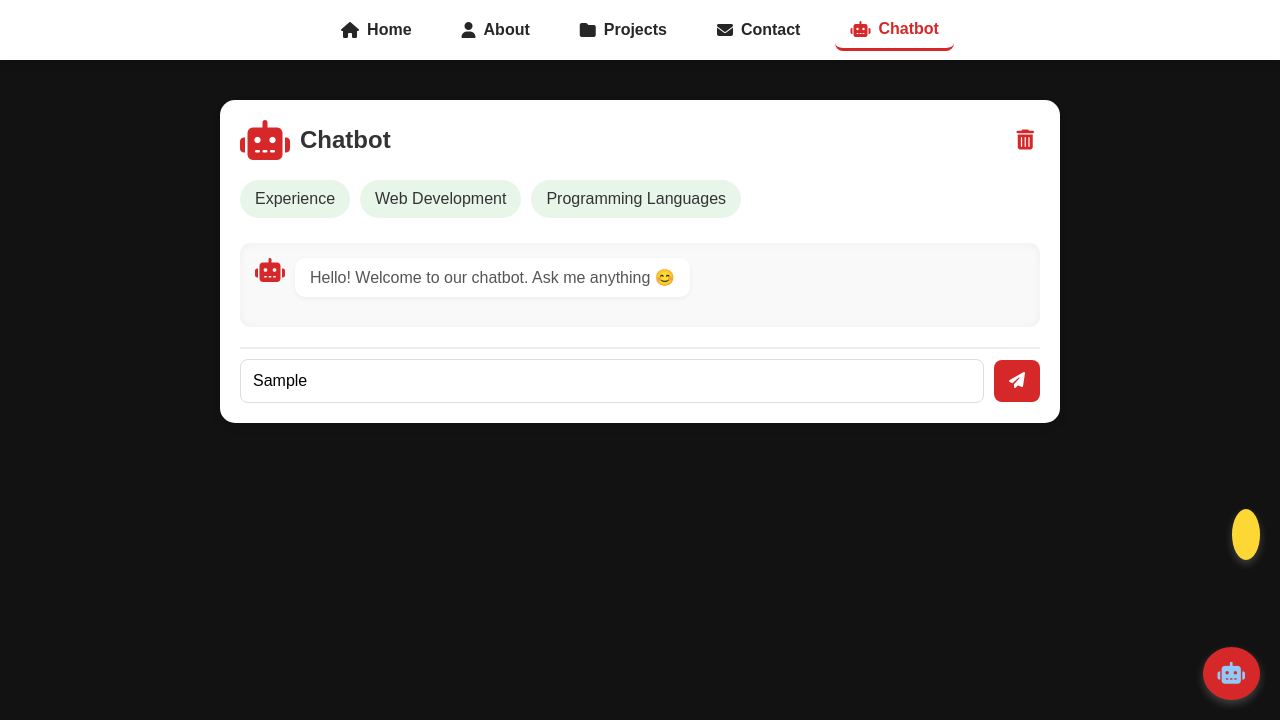
Repository: asandan8106/Asanda-sPortfolio
Page: Portfolio/chatbot.html
These files come from the project's save history. The page is drawn as it stood at one moment and after the next save; the edit follows.
The browser window is 1280 px wide. The pictures show the whole page.
Empty fields were first filled with sample values (such as "Sample", 5 or name@example.com).
After loading, the first visible `#theme-toggle` was clicked once.

Above is the page before, as saved 2025-05-20 11:05:28.

After the next save:
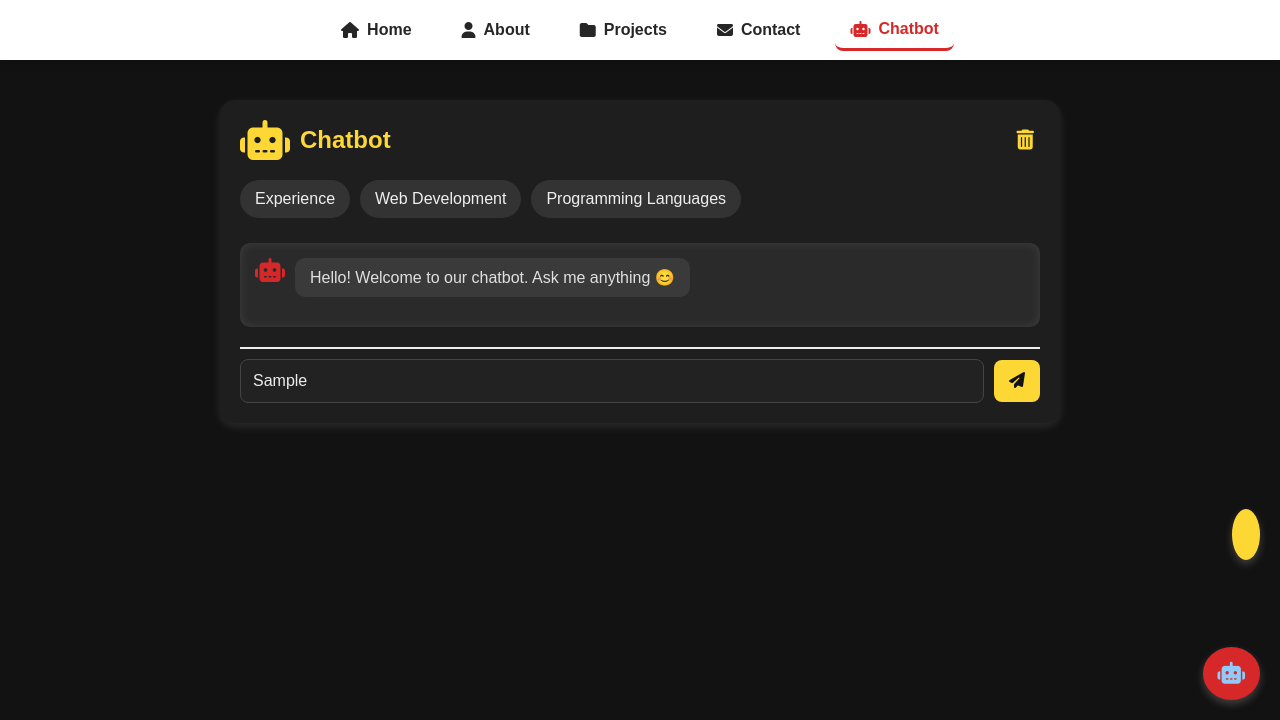
Saved 2 min 44 s later.
--- a/Portfolio/styles/CSS/chatbot.css
+++ b/Portfolio/styles/CSS/chatbot.css
@@ -263,3 +263,62 @@ body.dark-mode #back-to-top,
 body.dark-mode #theme-toggle {
     box-shadow: 0 4px 8px rgba(255, 255, 255, 0.2);
 }
+/* Dark Mode Chatbot Styles */
+body.dark-mode .chat-container {
+    background-color: #1e1e1e;
+    box-shadow: 0 4px 10px rgba(255, 255, 255, 0.1);
+    color: #f0f0f0;
+}
+
+body.dark-mode .chat-header h1,
+body.dark-mode .chat-header .bot-icon,
+body.dark-mode .chat-header .delete-btn {
+    color: #fdd835; /* bright color for visibility */
+}
+
+body.dark-mode .faq-container .faq-bubble {
+    background-color: #333;
+    color: #f0f0f0;
+}
+
+body.dark-mode .faq-container .faq-bubble:hover {
+    background-color: #555;
+}
+
+body.dark-mode .chat-box {
+    background-color: #2a2a2a;
+    box-shadow: inset 0 0 10px rgba(255, 255, 255, 0.1);
+}
+
+body.dark-mode .chat-box .message span {
+    background-color: #3a3a3a;
+    color: #e0e0e0;
+    box-shadow: none;
+}
+
+body.dark-mode .bot-message span {
+    background-color: #444;
+}
+
+body.dark-mode .user-message span {
+    background-color: #555;
+}
+
+body.dark-mode .input-container input {
+    background-color: #222;
+    border-color: #444;
+    color: #eee;
+}
+
+body.dark-mode .input-container input::placeholder {
+    color: #bbb;
+}
+
+body.dark-mode .input-container button {
+    background-color: #fdd835;
+    color: #121212;
+}
+
+body.dark-mode .input-container button:hover {
+    background-color: #fbc02d;
+}
